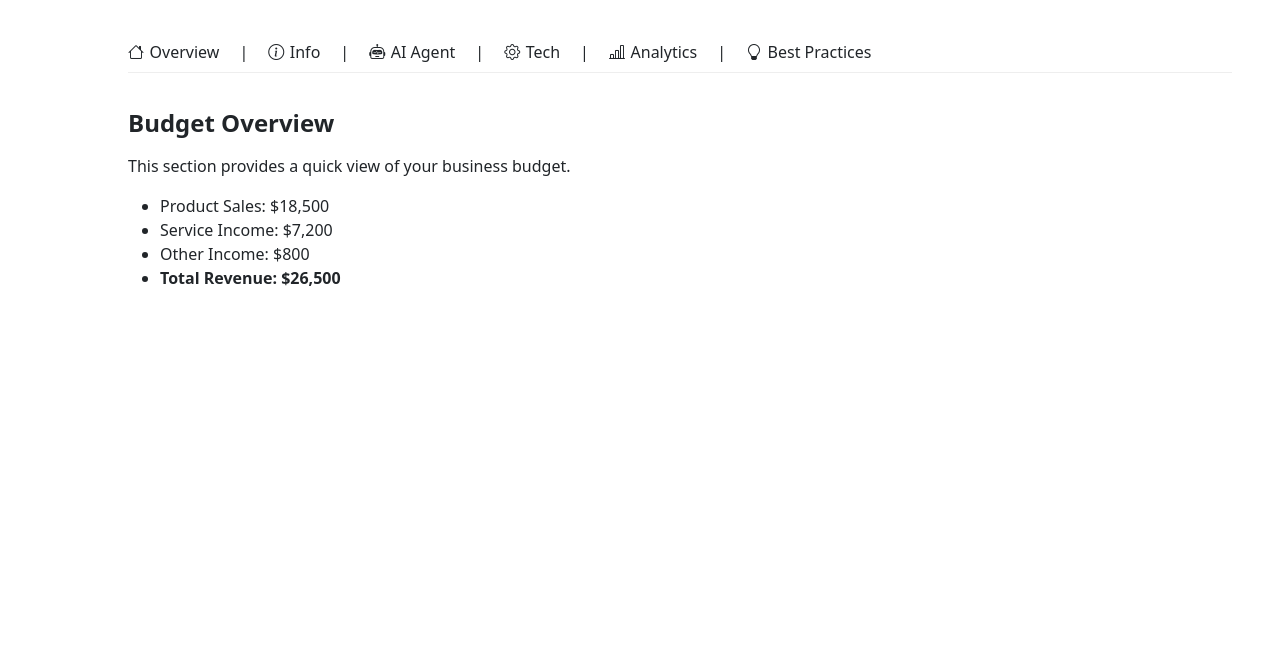
Repository: tonym642/bizcore360-wp
Page: pages/budget.html
The author's editor kept a copy of each file at every save. The page is drawn from the files as they stood at one save, then again after the next save.
The browser window is 1280 px wide. The pictures show the whole page.

Above is the page before, as saved 2025-10-23 10:53:53.

After the next save:
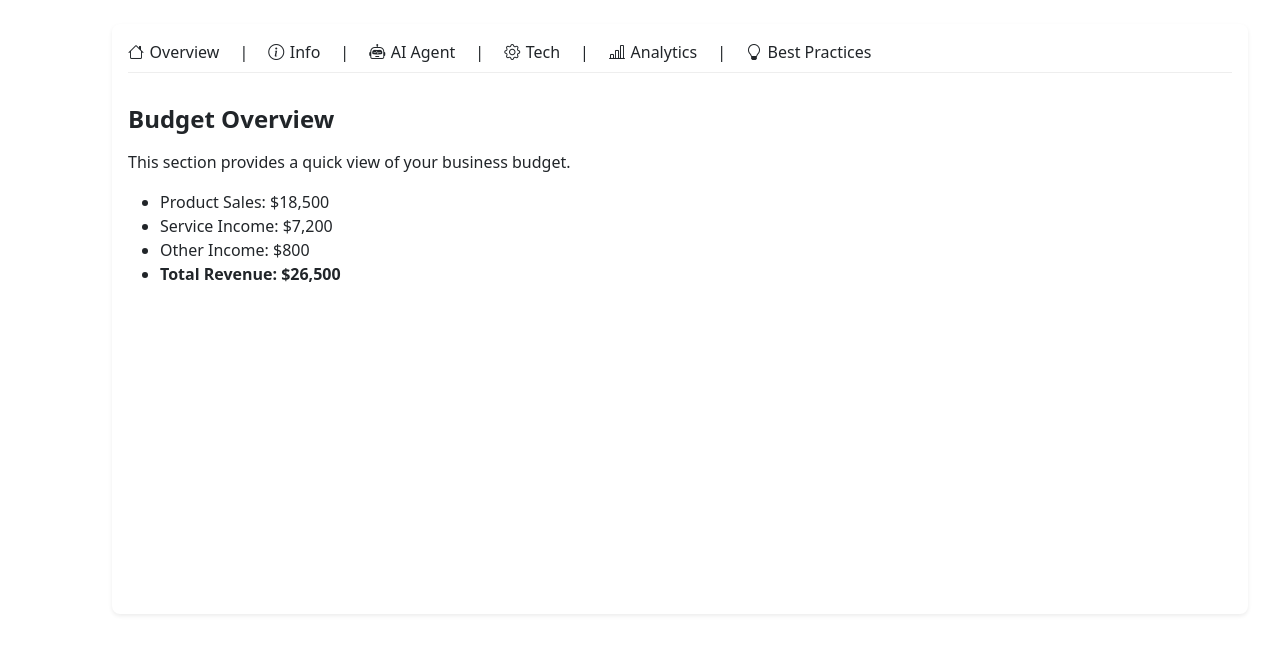
Saved 8 min 3 s later.
--- a/pages/budget.html
+++ b/pages/budget.html
@@ -17,7 +17,7 @@
       color: #000;
     }
 
-    /* Content spacing fix so sidebar doesn't cover Overview */
+    /* Content area adjusted for sidebar */
     .content-container {
       margin-left: 80px;
       padding: 1.5rem 2rem;
@@ -33,7 +33,6 @@
       min-height: calc(100vh - 130px);
     }
 
-    /* Responsive inner menu */
     .inner-menu {
       display: flex;
       flex-wrap: wrap;
@@ -77,7 +76,7 @@
       opacity: 1;
     }
 
-    /* 📱 Mobile view fix */
+    /* 📱 Responsive fix */
     @media (max-width: 768px) {
       .content-container {
         margin-left: 0 !important;
@@ -94,10 +93,11 @@
 
 <body data-module="budget">
   <div class="content-container">
-    <div class="card module-card">
+    <div class="card module-card shadow-sm rounded-3">
       <div class="card-body">
 
-        <div class="inner-menu">
+        <!-- Inner Menu -->
+        <div class="inner-menu mb-3">
           <a onclick="showPage('overview')"><i class="bi bi-house"></i> Overview</a>
           <span>|</span>
           <a onclick="showPage('info')"><i class="bi bi-info-circle"></i> Info</a>
@@ -111,22 +111,30 @@
           <a onclick="showPage('best-practices')"><i class="bi bi-lightbulb"></i> Best Practices</a>
         </div>
 
+        <!-- Card where content changes -->
         <div id="page-content" class="fade show">
-          <p style="color:#777;">Loading overview...</p>
+          <div class="card shadow-sm border-0">
+            <div class="card-body">
+              <h4 class="fw-semibold mb-3 text-dark">Budget Overview</h4>
+              <p>Loading overview...</p>
+            </div>
+          </div>
         </div>
 
       </div>
     </div>
   </div>
 
+  <!-- JS -->
   <script src="../assets/js/modules.js"></script>
+
   <script>
     document.addEventListener("DOMContentLoaded", () => {
       if (typeof showPage === "function") {
         console.log("✅ modules.js loaded successfully");
         showPage("overview");
       } else {
-        console.error("❌ modules.js not loaded or showPage() undefined");
+        console.error("❌ showPage() not defined");
       }
     });
   </script>
